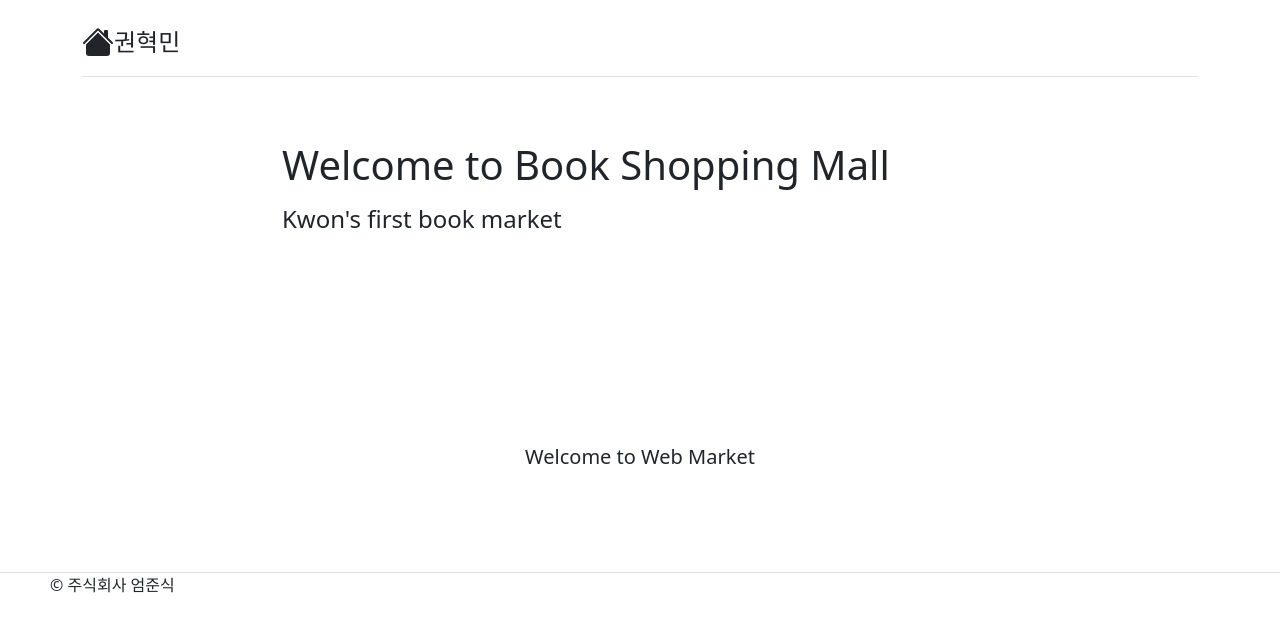
Repository: minn0701/JSP-Webbprogramming
Page: http://localhost/BookMarket/Welcome.jsp
An editor plug-in stored every save of this project. The page is shown before and after the next save, followed by the edit.
The browser window is 1280 px wide. The pictures show the whole page.
The page is served by Tomcat 9.

Above is the page before, as saved 2024-03-20 13:30:19.

### BookMarket/src/main/webapp/Welcome.jsp
<%@ page language="java" contentType="text/html; charset=EUC-KR"
    pageEncoding="EUC-KR"%>
<!DOCTYPE html>
<html>
<head>
    <link href="https://cdn.jsdelivr.net/npm/bootstrap@5.3.0-alpha1/dist/css/bootstrap.min.css" rel="stylesheet">
	<title>Welcome</title>
</head>
<body>

<%! String greet = "Welcome to Book Shopping Mall";
	String introduce = "Kwon's first book market"; %>

	<style>
		.left {
		padding-left: 200px;
		}
	</style>

<div class="container py-4">
    <header class="pb-3 mb-4 border-bottom"> <%-- 줄 만드는거 --%>
      <a href="./welcome.jsp" class="d-flex align-items-center text-dark text-decoration-none">

      <svg  width="32" height="32" fill="currentColor" class="bi bi-house-fill" viewBox="0 0 16 16">
  			<path d="M8.707 1.5a1 1 0 0 0-1.414 0L.646 8.146a.5.5 0 0 0 .708.708L8 2.207l6.646 6.647a.5.5 0 0 0 .708-.708L13 5.793V2.5a.5.5 0 0 0-.5-.5h-1a.5.5 0 0 0-.5.5v1.293L8.707 1.5Z"/>
  			<path d="m8 3.293 6 6V13.5a1.5 1.5 0 0 1-1.5 1.5h-9A1.5 1.5 0 0 1 2 13.5V9.293l6-6Z"/>
		</svg>   <%-- 집모양 아이콘 --%>

        <span class="fs-4"> 권혁민</span>

        </a>

</div>

<div class="container py-10 mb-50">


      <p><h1 class="left"><%= greet %> </h1><p>
      <h4 class="left"><%= introduce %> </h4>

</div>

<div style="
    padding-top: 200px;
    font-size:20px;
">

<center>Welcome to Web Market</center>


</div>

<div style="margin-top:100px;"


>
<header class="pb-3 mb-4 border-top">
<div style="padding-left:50px;"> &copy; 주식회사 엄준식</div>



</div>


</body>
</html>

After the next save:
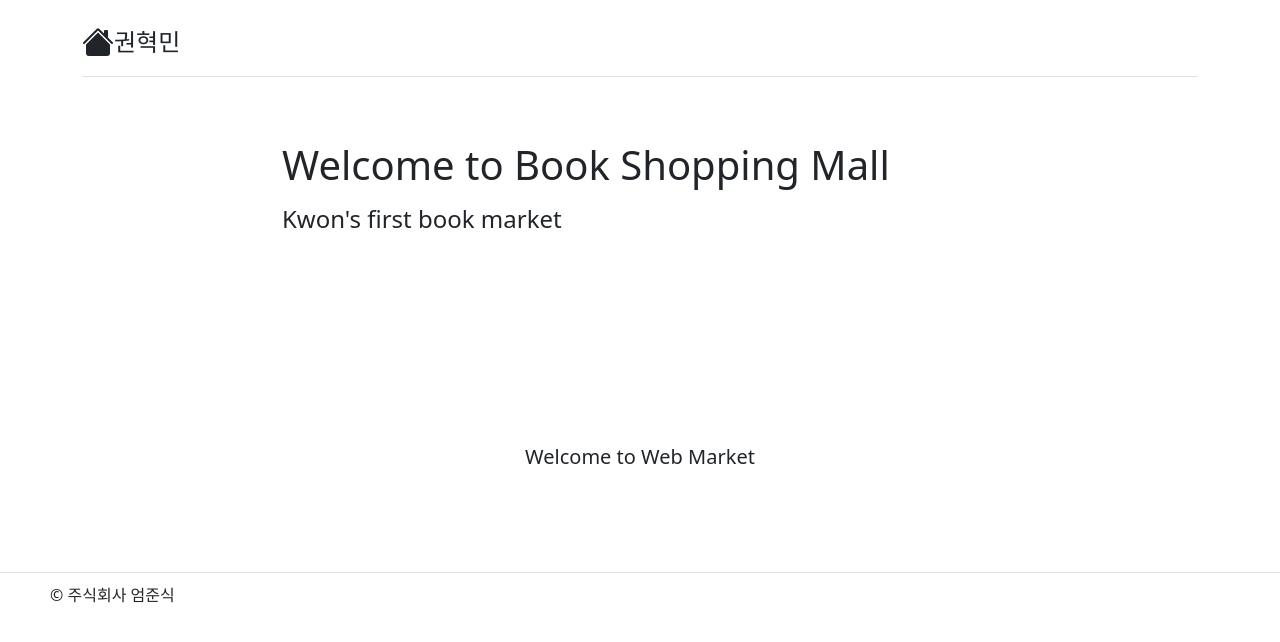
Saved 37 s later.
--- a/BookMarket/src/main/webapp/Welcome.jsp
+++ b/BookMarket/src/main/webapp/Welcome.jsp
@@ -55,7 +55,7 @@
 
 >
 <header class="pb-3 mb-4 border-top">
-<div style="padding-left:50px;"> &copy; 주식회사 엄준식</div>
+<div style="padding-left:50px; margin-top:10px;"> &copy; 주식회사 엄준식</div>
 
 
 
